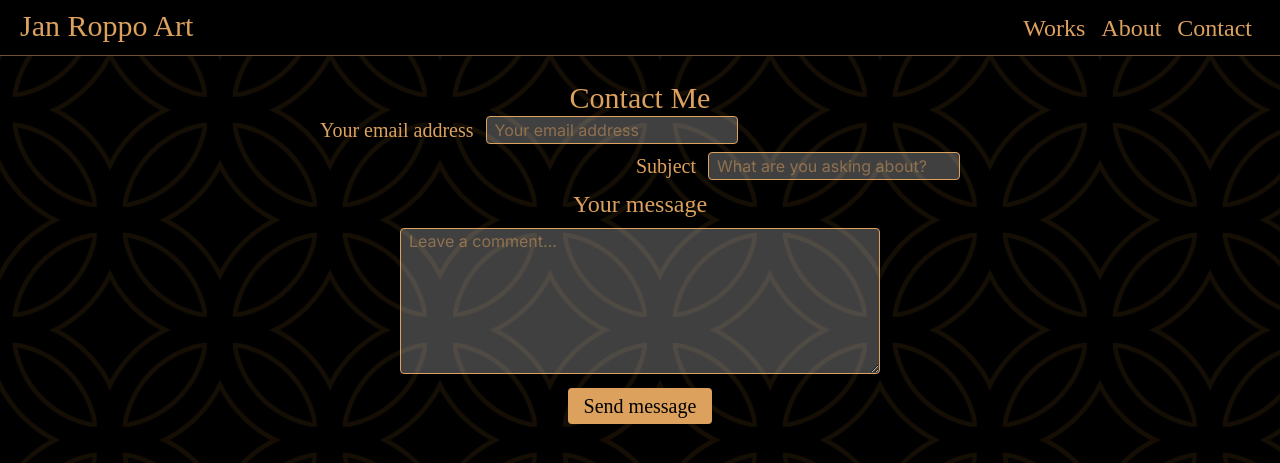
Repository: YanceMcFinn/JRArt
Page: /contact
The author's editor kept a copy of each file at every save. The page is drawn from the files as they stood at one save, then again after the next save.
The browser window is 1280 px wide. The pictures show the whole page.
Some web fonts or font styles are not loaded; a fallback is used. The project was rebuilt for these pictures with package versions that can differ from the ones it lists, and the page was loaded fresh each time. The framework's server and built-in components were replaced by stand-ins that run in the browser. Also part of the build but not shown: next.config.js.

Above is the page before, as saved 2023-10-28 22:44:08.

### app/layout.js
import './globals.css'
import { Inter } from 'next/font/google'

import Navbar from './components/Navbar'

const inter = Inter({ subsets: ['latin'] })

export const metadata = {
  title: 'Jan Roppo Art',
  description: 'The art of Jan Roppo',
}

export default function RootLayout({ children }) {
  return (
    <html lang="en">
      <head>
        <link rel="preconnect" href="https://fonts.googleapis.com" />
        <link rel="preconnect" href="https://fonts.gstatic.com" crossorigin />
        <link href="https://fonts.googleapis.com/css2?family=Macondo+Swash+Caps&display=swap" rel="stylesheet" />
      </head>
      <body className={inter.className}>
        <Navbar />
        {children}
      </body>
    </html>
  )
}

### app/contact/page.jsx
'use client'

import Image from 'next/image'

export default function Contact() {
    return(
        <div className='text-main-color text-center justify-content-center mt-20'>
            <div className='title text-center text-3xl'>Contact Me</div>
                <form className='w-6/12 mx-auto'>
                    <div className='mb-2 flex'>
                        <label for="email" className='pr-3 title text-xl'>Your email address</label>
                        <input type="email" className='rounded px-2 bg-white/25 border border-main-color text-main-color placeholder-main-color/50 focus:border-main-color focus:border-2 focus:outline-none focus:ring-0'id="email" placeholder="Your email address" required/>
                    </div>
                    <div className='mb-2 flex justify-end'>
                        <label for="subject" className='pr-3 title text-xl'>Subject</label>
                        <input type="text" id="subject" className='rounded px-2 bg-white/25 border border-main-color text-main-color placeholder-main-color/50 focus:border-main-color focus:border-2 focus:outline-none focus:ring-0' placeholder="What are you asking about?" required/>
                    </div>
                <div class="sm:col-span-2">
              <label for="message" className='title text-2xl' >Your message</label><br/>
              <textarea id="message" rows="6" placeholder="Leave a comment..." className='rounded w-9/12 px-2 mt-2 bg-white/25 border border-main-color text-main-color placeholder-main-color/50 focus:border-main-color focus:border-2 focus:outline-none focus:ring-0'></textarea>
          </div>
          <button type="submit" className='bg-main-color text-black title text-xl rounded px-4 py-1 mt-2'>Send message</button>
      </form>
        </div>
    )
}

### app/globals.css
@tailwind base;
@tailwind components;
@tailwind utilities;

@import url('https://fonts.googleapis.com/css2?family=Macondo+Swash+Caps&display=swap');
/* body {
 background-color: black;
} */


.title {
    font-family: 'Macondo Swash Caps', cursive;
}

html {
    --s: 220px; /* control the size */
    --c1: #150e05;
    --c2: #000000;

    --_g:radial-gradient(#0000 60%,var(--c1) 61% 63%,#0000 64% 77%,var(--c1) 78% 80%,#0000 81%);
    --_c:,#0000 75%,var(--c2) 0;
    background:
      conic-gradient(at 12% 20% var(--_c)) calc(var(--s)* .44) calc(.9*var(--s)),
      conic-gradient(at 12% 20% var(--_c)) calc(var(--s)*-.06) calc(.4*var(--s)),
      conic-gradient(at 20% 12% var(--_c)) calc(.9*var(--s)) calc(var(--s)* .44),
      conic-gradient(at 20% 12% var(--_c)) calc(.4*var(--s)) calc(var(--s)*-.06),
      var(--_g),var(--_g) calc(var(--s)/2) calc(var(--s)/2) var(--c2);
    background-size: var(--s) var(--s);
    background-attachment: fixed;
  }

### app/components/Navbar.jsx
import React from "react";

const Navbar = () => {
    return(
    <>
    <div className="top-0 w-full z-10 h-14 bg-black px-5 py-2 text-main-color border-b border-b-main-color/50 fixed">
      <div className="float-left title text-3xl">
        <a className="hover:text-white" href="/">Jan Roppo Art</a>
      </div>
      <div className="mt-1 float-right title text-2xl">
        <ul>
        <li className="inline px-2">
            <a href="/" className="hover:text-white">Works</a>
          </li>
          <li className="inline px-2">
            <a href="/about" className="hover:text-white">About</a>
          </li>
          <li className="inline px-2">
            <a href="/contact" className="hover:text-white">Contact</a>
          </li>
        </ul>
      </div>
    </div>
    </>

    )
}

export default Navbar

### tailwind.config.js
/** @type {import('tailwindcss').Config} */
module.exports = {
  content: [
    './pages/**/*.{js,ts,jsx,tsx,mdx}',
    './components/**/*.{js,ts,jsx,tsx,mdx}',
    './app/**/*.{js,ts,jsx,tsx,mdx}',
  ],
  theme: {
    extend: {
      backgroundImage: {
      },
      colors: {
        'main-color': '#dda15e'
      },
    },
  },
  plugins: [],
}

After the next save:
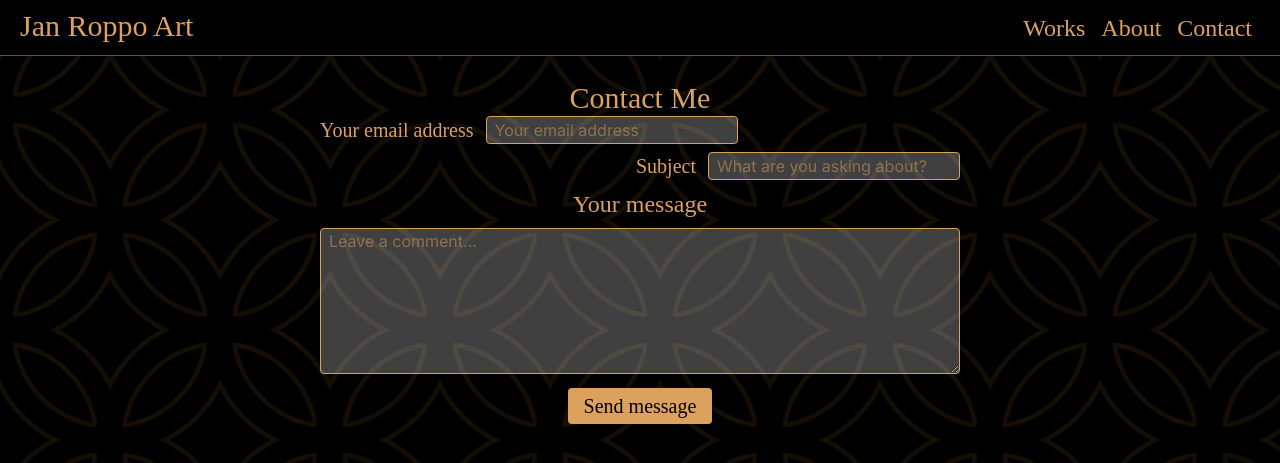
Saved 25 s later.
--- a/app/contact/page.jsx
+++ b/app/contact/page.jsx
@@ -17,7 +17,7 @@ export default function Contact() {
                     </div>
                 <div class="sm:col-span-2">
               <label for="message" className='title text-2xl' >Your message</label><br/>
-              <textarea id="message" rows="6" placeholder="Leave a comment..." className='rounded w-9/12 px-2 mt-2 bg-white/25 border border-main-color text-main-color placeholder-main-color/50 focus:border-main-color focus:border-2 focus:outline-none focus:ring-0'></textarea>
+              <textarea id="message" rows="6" placeholder="Leave a comment..." className='rounded w-full px-2 mt-2 bg-white/25 border border-main-color text-main-color placeholder-main-color/50 focus:border-main-color focus:border-2 focus:outline-none focus:ring-0'></textarea>
           </div>
           <button type="submit" className='bg-main-color text-black title text-xl rounded px-4 py-1 mt-2'>Send message</button>
       </form>
